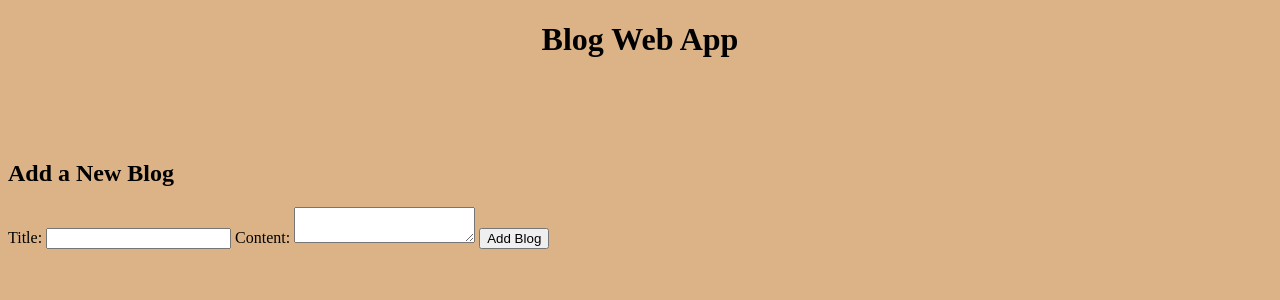
Repository: punitbathija/Placement-Assitance-iNeuron
Page: blogApp/index.html
The author's editor kept a copy of each file at every save. The page is drawn from the files as they stood at one save, then again after the next save.
The browser window is 1280 px wide. The pictures show the whole page.
The page's requests for data from a server got no answer.

Above is the page before, as saved 2023-05-31 16:17:10.

### blogApp/index.html
<!DOCTYPE html>
<html>
  <head>
    <title>Blog Web App</title>
    <link rel="stylesheet" type="text/css" href="style.css" />
  </head>
  <body>
    <h1>Blog Web App</h1>
    <div id="blogContainer" class="blogContainer"></div>

    <form id="addBlogForm">
      <h2>Add a New Blog</h2>
      <label for="title">Title:</label>
      <input type="text" id="title" required />
      <label for="body">Content:</label>
      <textarea id="body" required></textarea>
      <button type="submit">Add Blog</button>
    </form>

    <script src="logic.js"></script>
  </body>
</html>

### blogApp/style.css
body {
    background-color: #dcb387;
}

h1 {
    text-align: center;
}

#blogContainer {
    display:  flex;
    justify-content: center;
    align-items: center;
    flex-wrap: wrap;
    gap: 20px;
    padding: 2%;
}

.blog {
    border: 2px solid black;
    width: 200px;
    background-color: #ef5d58;
    gap: 30px;
    height: 350px;
    padding: 10px;
    box-shadow: 1px 1px 10px 1px black;
}

#addBlogForm {
    margin-top: 30px;
}

### blogApp/logic.js
const blogContainer = document.getElementById("blogContainer");
const addBlogForm = document.getElementById("addBlogForm");

// Fetch data from API and display in UI
fetch("https://jsonplaceholder.typicode.com/posts")
  .then((response) => response.json())
  .then((data) => {
    data.forEach((post) => {
      createBlogPost(post);
    });
  });

// Create a new blog post
function createBlogPost(post) {
  const blogDiv = document.createElement("div");
  blogDiv.classList.add("blog");

  const title = document.createElement("h3");
  title.innerText = post.title;

  const body = document.createElement("p");
  body.innerText = post.body;

  const deleteBtn = document.createElement("button");
  deleteBtn.innerText = "Delete";
  deleteBtn.addEventListener("click", () => {
    deleteBlogPost(post.id);
  });

  blogDiv.appendChild(title);
  blogDiv.appendChild(body);
  blogDiv.appendChild(deleteBtn);

  blogContainer.appendChild(blogDiv);
}

// Add event listener to the form submission
addBlogForm.addEventListener("submit", (e) => {
  e.preventDefault();

  const titleInput = document.getElementById("title");
  const bodyInput = document.getElementById("body");

  const newPost = {
    title: titleInput.value,
    body: bodyInput.value,
  };

  createBlogPost(newPost);

  titleInput.value = "";
  bodyInput.value = "";
});

// Delete a blog post
function deleteBlogPost(id) {
  const postDiv = document.getElementById(id);
  if (postDiv) {
    postDiv.remove();
  }
}

After the next save:
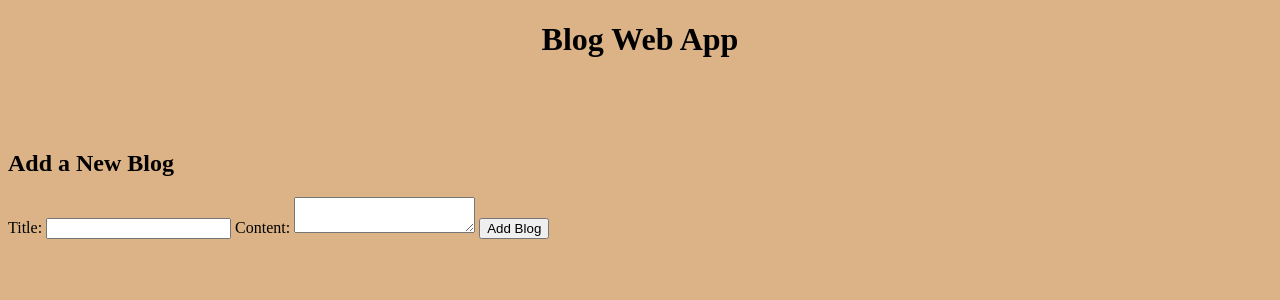
Saved 7 s later.
--- a/blogApp/style.css
+++ b/blogApp/style.css
@@ -6,7 +6,7 @@ h1 {
     text-align: center;
 }
 
-#blogContainer {
+.blogContainer {
     display:  flex;
     justify-content: center;
     align-items: center;
@@ -26,5 +26,5 @@ h1 {
 }
 
 #addBlogForm {
-    margin-top: 30px;
+
 }
